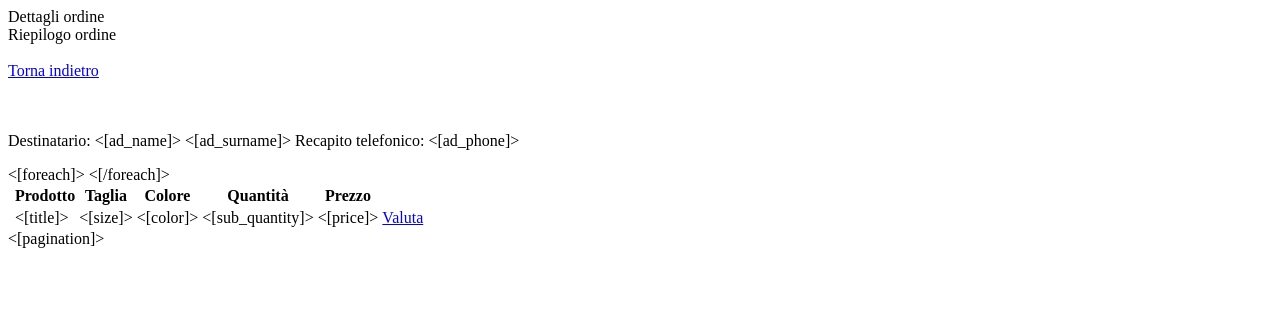
Repository: i4c0ni99/MotorShop
Page: skins/motor-html-package/motor/my-orders.html
The author's editor kept a copy of each file at every save. The page is drawn from the files as they stood at one save, then again after the next save.
The browser window is 1280 px wide. The pictures show the whole page.

Above is the page before, as saved 2024-10-22 10:00:16.

### skins/motor-html-package/motor/my-orders.html
<div class="mv-site">
    <section class="main-banner mv-wrap">
        <section data-image-src="images/background/demo_bg_1920x1680.png" class="mv-banner-style-1 mv-bg-overlay-dark overlay-0-85 mv-parallax">
            <div class="page-name mv-caption-style-6">
                <div class="container">
                    <div class="mv-title-style-9"><span class="main">Dettagli ordine</span></div>
                </div>
            </div>
        </section>
    </section>
    <!-- .main-banner -->

    <section class="mv-main-body checkout-main mv-bg-gray mv-wrap">
        <div class="container">

            <div class="checkout-block block-billing-address mv-mb-50">
                <div class="mv-form-style-2 mv-box-shadow-gray-1">
                    <div class="row">
                        <div class="col-sm-12 col-billing-address">

                            <div class="form-header">
                                <div class="mv-title-style-13">
                                    <div class="text-main">Riepilogo ordine</div>
                                </div>
                                <br>
                                <div class="col-lg-6 text-right">
                                    <a href="/MotorShop/customer-dashboard.php" class="btn btn-success">Torna indietro</a>
                                </div>
                                <br>
                            </div>
                            <br>
                            <p>Destinatario: <[ad_name]> <[ad_surname]>
                                Recapito telefonico: <[ad_phone]></p>
                            <div class="table-responsive table-desi">
                                <table class="all-package coupon-table table table-striped">
                                    <thead>
                                        <tr>
                                            <th></th>
                                            <th>Prodotto</th>
                                            <th>Taglia</th>
                                            <th>Colore</th>
                                            <th>Quantità</th>
                                            <th>Prezzo</th>
                                            <th></th>
                                        </tr>
                                    </thead>
                                    <tbody>
                                        <[foreach]>
                                        <tr>
                                            <td></td>
                                            <td><[title]></td>
                                            <td><[size]></td>
                                            <td><[color]></td>
                                            <td><[sub_quantity]></td>
                                            <td><[price]></td>
                                            <td><a href="/MotorShop/product-detail?id=<[product_id]>" class="btn btn-primary">Valuta</a></td>
                                        </tr>
                                        <[/foreach]>
                                    </tbody>
                                </table>
                            </div>

                            <!-- Paginazione -->
                            <div class="pagination">
                                <[pagination]>
                            </div>
                            <br>
                        </div>
                    </div>
                </div>
            </div>

        </div>
    </section>
    <!-- .checkout-main -->
</div>
<!-- .mv-site -->

After the next save:
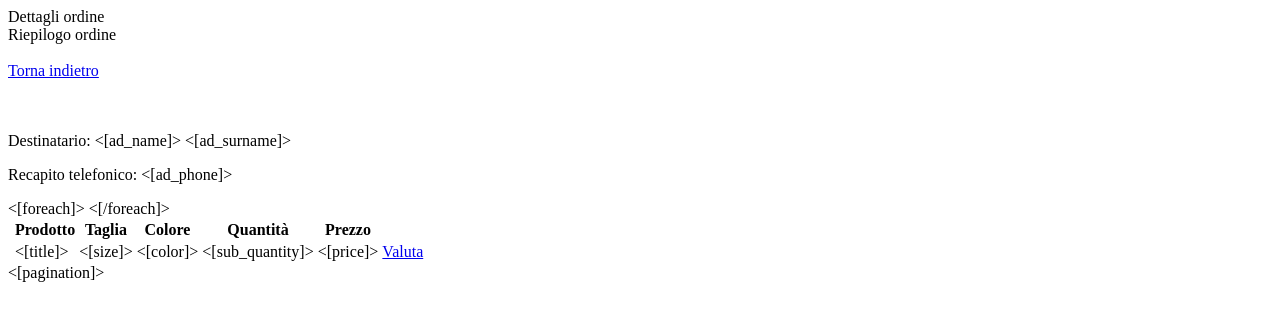
Saved 11 s later.
--- a/skins/motor-html-package/motor/my-orders.html
+++ b/skins/motor-html-package/motor/my-orders.html
@@ -29,7 +29,7 @@
                                 <br>
                             </div>
                             <br>
-                            <p>Destinatario: <[ad_name]> <[ad_surname]>
+                            <p>Destinatario: <[ad_name]> <[ad_surname]></p>
                                 Recapito telefonico: <[ad_phone]></p>
                             <div class="table-responsive table-desi">
                                 <table class="all-package coupon-table table table-striped">
